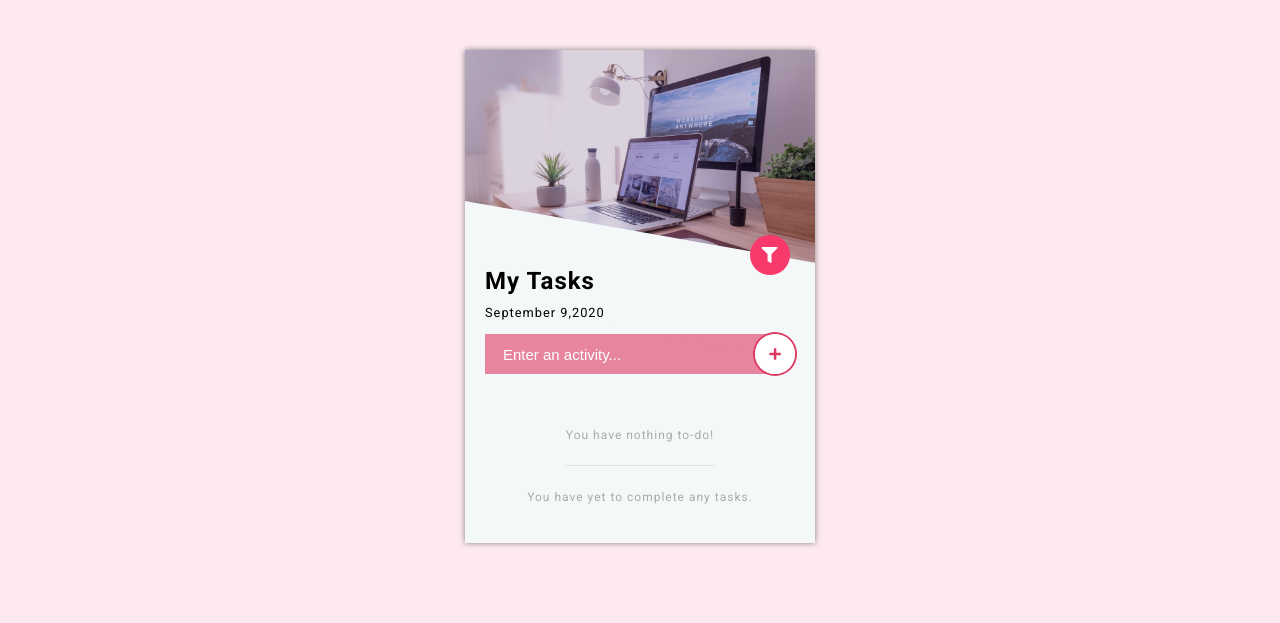
Repository: phongthanhh/JS-ToDoList
Page: index.html
The author's editor kept a copy of each file at every save. The page is drawn from the files as they stood at one save, then again after the next save.
The browser window is 1280 px wide. The pictures show the whole page.
Some web libraries are served in a nearby version.

Above is the page before, as saved 2022-12-20 14:09:25.

After the next save:
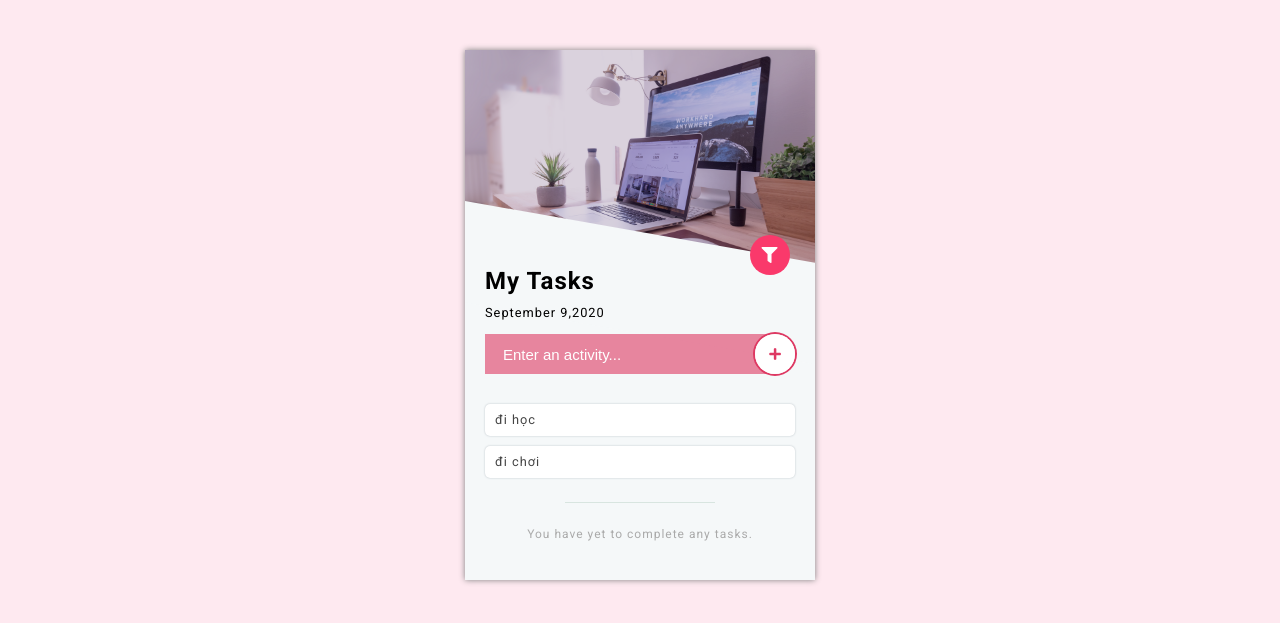
Saved 21 s later.
--- a/js/ToDoList.js
+++ b/js/ToDoList.js
@@ -25,6 +25,7 @@ export default class TodoList extends ToDo {
                 <li>${item.content} </li>
             `
         })
+        getToDo.innerHTML = contentTodO
     }
     addToDo = () => {
 
